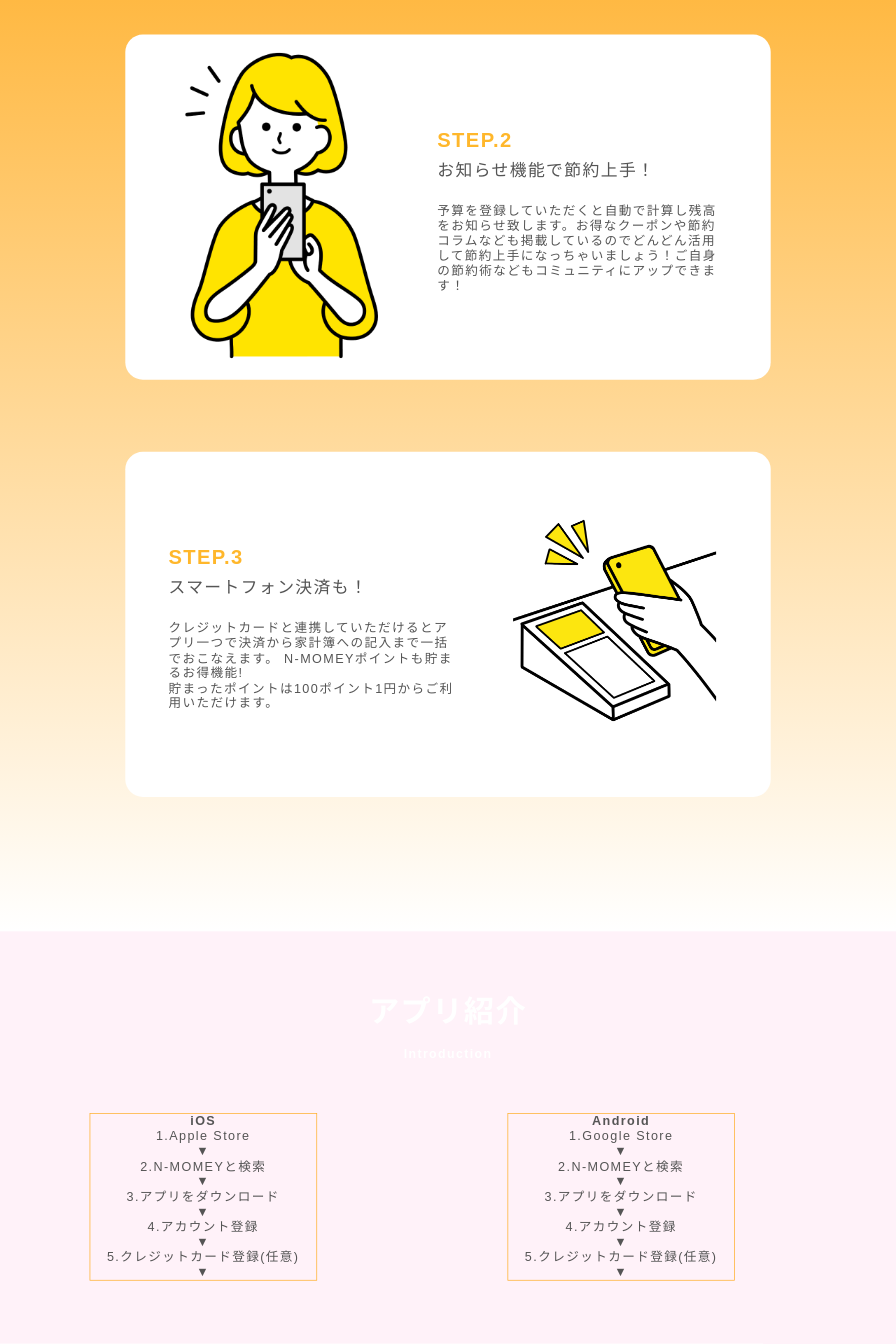
Repository: nozomi-23/lp2_test
Page: index.html
An editor plug-in stored every save of this project. The page is shown before and after a run of saves, followed by the edit.
The browser window is 1280 px wide. The pictures show the part of the page from y = 1848 to 3768 px (the page is 3768 px tall), at 70% of full size.
Some web fonts or font styles are not loaded; a fallback is used.

Above is the page before, as saved 2022-06-18 15:28:00.

### index.html
<!DOCTYPE html>
<html lang="ja">
<head>
  <meta charset="UTF-8">
  <title>家計簿アプリ「N-MONEY」</title>
  <meta name="description" content="「人生をコードと共に」というビジョンを達成するべく、皆さんのプログラミング学習をサポートします。">
  <meta name="keywords" content="家計簿,アプリ,おすすめ">
  <meta name="viewport" content="width=device-width, initial-scale=1.0">
  <meta property="og:title" content="家計簿アプリ「N-MONEY」">
  <meta property="og:type" content="article">
  <meta property="og:url" content="https://withcode-plus.tech">
  <meta property="og:image" content="img/logo.png">
  <meta property="og:description" content="カンタン家計簿アプリ 「N-MONEY」でお得に楽に家計管理。">
  <meta property="og:site_name" content="家計簿アプリ">
  <link rel="icon" href="favicon.ico">
  <link rel="apple-touch-icon" sizes="180x180" href="img/logo.png">
  <link rel="preconnect" href="https://fonts.googleapis.com">
  <link rel="preconnect" href="https://fonts.gstatic.com" crossorigin>
  <link
    href="https://fonts.googleapis.com/css2?family=M+PLUS+1p:wght@400;500;700&family=Noto+Sans+JP:wght@400;500&display=swap"
    rel="stylesheet">
  <link rel="stylesheet" type="text/css" href="css/reset.css">
  <link rel="stylesheet" type="text/css" href="css/common.css">
</head>
<body>
  <!-- ========== header -->
  <header>
    <div class="header_inner">
      <h1 class="header_logo">
        <a href="#"><img src="img/logo.png" alt="ロゴ画像"></a>
      </h1>
      <nav class="header_nav">
        <ul class="header_list">
          <li class="header_item">
            <a href="#introduction">アプリ紹介</a>
          </li>
          <li class="header_item">
            <a href="#how">ご利用方法</a>
          </li>
          <li class="header_item">
            <a href="#fqa">よくある質問</a>
          </li>
          <li class="header_item">
            <a href="#news">お知らせ</a>
          </li>
          <li class="header_item heder_btn">
            <a href="#contact">お問い合わせ</a>
          </li>
        </ul>
      </nav>
      <div class="drawer"></div>
    </div>
  </header>
  <!-- ========== top -->
  <section class="top_section">
    <div class="inner">
      <div class="top_wrapper">
        <div class="top_left">
          <h2 class="title">
            <p>〜 簡単家計簿アプリ 〜</p><br>
            <span>N-MONEY Mobile</span>
          </h2>
          <div class="download">
            <div class="download_apple">
              <a href="https://www.apple.com/jp/app-store/">
                <img src="img/apple.png" alt="Apple Store">
              </a>
            </div>
            <div class="download_google">
              <a href="https://play.google.com/store/apps?hl=ja&gl=US">
                <img src="img/google.png" alt="Google Store">
              </a>
            </div>
          </div>
        </div>
        <div class="top_right">
          <img src="img/top.png" alt="トップ画像">
        </div>
      </div>
    </div>
  </section>
    <!-- ========== feature -->
    <div class="inner">

      <div class="feature_txt">
        <h3 class="feature_ttl">家でも外でもラクラク管理<br>
        N-MOMEY Mobileとは</h3>
        <p>N-MOMEY
        Mobileとはご自宅でも外出先でも簡単に家計を管理できるサービスです。カテゴリ別の支出、予算管理だけでなくクレジットカードの連結により、レジでのお支払い・支出管理を自動で更新してくれます。予算に対してのお知らせ機能で使いすぎを防ぎます。めんどくさい計算・管理はN-MOMEY
        Mobileにおまかせください!</p>
      </div>

    </div>
<!-- ========== Introduction -->
<section class="intro section" id="introduction">
  <div class="inner">
    <h4 class="common_ttl">アプリ紹介<br><small>Introduction</small></h4>
    <div class="intro_wrapper">
      <div class="intro_wrapper_left">
        <h5 class="intro_txt"><strong>STEP.1</strong><br>
          いつでもどこでもカンタン管理！</h5>
          <p>レシートの管理が大変・・<br>
          いつ支払ったか忘れてしまった・・<br>
          そんなお悩みをすぐに解決します！支払ったらスマホにすぐ記入、カンタンな操作でカテゴリや日付の管理でめんどくさい家計管理のお手伝いをします。</p>
      </div>
      <div class="intro_wrapper_right">
        <img src="img/step1.png" alt="スマートフォンの画像">
      </div>
    </div>
    <div class="intro_wrapper intro_wrapper_revers">
      <div class="intro_wrapper_left ">
        <h5 class="intro_txt"><strong>STEP.2</strong><br>
          お知らせ機能で節約上手！</h5>
        <p>予算を登録していただくと自動で計算し残高をお知らせ致します。お得なクーポンや節約コラムなども掲載しているのでどんどん活用して節約上手になっちゃいましょう！ご自身の節約術などもコミュニティにアップできます！
          </p>
      </div>
      <div class="intro_wrapper_right">
        <img src="img/step2.png" alt="スマートフォンの画像">
      </div>
    </div>
    <div class="intro_wrapper">
      <div class="intro_wrapper_left">
        <h5 class="intro_txt"><strong>STEP.3</strong><br>
          スマートフォン決済も！</h5>
        <p>クレジットカードと連携していただけるとアプリ一つで決済から家計簿への記入まで一括でおこなえます。
        N-MOMEYポイントも貯まるお得機能!<br>
        貯まったポイントは100ポイント1円からご利用いただけます。</p>
      </div>
      <div class="intro_wrapper_right">
        <img src="img/step3.png" alt="スマートフォンの画像">
      </div>
    </div>
  </div>
</section>
<!-- ========== how -->
<section class="how section" id="how">
  <div class="inner">
    <h4 class="common_ttl">アプリ紹介<br><small>Introduction</small></h4>
    <div class="how_wrapper">
      <div class="how_wrapper_item">
        <h5>iOS</h5>
        <ul>
          <li>1.Apple Store</li>
          <p>▼</p>
          <li>2.N-MOMEYと検索</li>
          <p>▼</p>
          <li>3.アプリをダウンロード</li>
          <p>▼</p>
          <li>4.アカウント登録</li>
          <p>▼</p>
          <li>5.クレジットカード登録(任意)</li>
          <p>▼</p>
        </ul>
      </div>
      <div class="how_wrapper_item">
        <h5>Android</h5>
        <ul>
          <li>1.Google Store</li>
          <p>▼</p>
          <li>2.N-MOMEYと検索</li>
          <p>▼</p>
          <li>3.アプリをダウンロード</li>
          <p>▼</p>
          <li>4.アカウント登録</li>
          <p>▼</p>
          <li>5.クレジットカード登録(任意)</li>
          <p>▼</p>
        </ul>
      </div>
    </div>
  </div>
</section>
</body>
</html>

### css/reset.css
@charset "UTF-8";

html,
body,
div,
span,
object,
iframe,
h1,
h2,
h3,
h4,
h5,
h6,
p,
blockquote,
pre,
abbr,
address,
cite,
code,
del,
dfn,
em,
img,
ins,
kbd,
q,
samp,
small,
strong,
sub,
sup,
var,
b,
i,
dl,
dt,
dd,
ol,
ul,
li,
fieldset,
form,
label,
legend,
table,
caption,
tbody,
tfoot,
thead,
tr,
th,
td,
article,
aside,
canvas,
details,
figcaption,
figure,
footer,
header,
hgroup,
menu,
nav,
section,
summary,
time,
mark,
audio,
video {
  margin: 0;
  padding: 0;
  border: 0;
  outline: 0;
  font-size: 100%;
  vertical-align: baseline;
  background: transparent;
}

body {
  line-height: 1;
}

article,
aside,
details,
figcaption,
figure,
footer,
header,
hgroup,
menu,
nav,
section {
  display: block;
}

nav ul {
  list-style: none;
}

blockquote,
q {
  quotes: none;
}

blockquote:before,
blockquote:after,
q:before,
q:after {
  content: '';
  content: none;
}

a {
  margin: 0;
  padding: 0;
  font-size: 100%;
  vertical-align: baseline;
  background: transparent;
}

/* change colours to suit your needs */
ins {
  background-color: #ff9;
  color: #000;
  text-decoration: none;
}

/* change colours to suit your needs */
mark {
  background-color: #ff9;
  color: #000;
  font-style: italic;
  font-weight: bold;
}

del {
  text-decoration: line-through;
}

abbr[title],
dfn[title] {
  border-bottom: 1px dotted;
  cursor: help;
}

table {
  border-collapse: collapse;
  border-spacing: 0;
}

/* change border colour to suit your needs */
hr {
  display: block;
  height: 1px;
  border: 0;
  border-top: 1px solid #cccccc;
  margin: 1em 0;
  padding: 0;
}

input,
select {
  vertical-align: middle;
}

### css/common.css
@charset "UTF-8";

body {
  font-size: 18px;
  line-height: 1.2;
  letter-spacing: 2px;
  word-break: break-all;
  color: #555;
  font-family: 'M PLUS 1p', sans-serif ,
  'Noto Sans JP', sans-serif;
}
li {
  list-style: none;
}
a {
  text-decoration: none;
  color: #333;
}
/* ===================
共通レイアウト
======================*/
.section {
  padding: 7% 0;
  position: relative;
  background-color: rgba(255, 105, 180, 0.085);
}
.inner {
  width: 80%;
  margin: 0 auto;
  /* background-color: rgb(221, 240, 240); */
}
/* ===================
共通パーツ
======================*/
.common_ttl {
  text-align: center;
  color: #5A5757;
  font-size: 2.7rem;
  margin-bottom: 6.5%;
}
.common_ttl small {
  font-size: 1.1rem;
}

/* ===================
header
======================*/
.header_inner {
  width: 90%;
  height: 15vh;
  margin: 0 auto;
  display: flex;
  justify-content: space-between;
  align-items: center;
}
.header_logo {
  position: fixed;
  top: 1rem;
  z-index: 3;
}
.header_logo img {
  width: 100%;
  height: 100%;
}
.header_nav {
  margin-left: auto;
}
.header_list {
  display: flex;
  justify-content: flex-end;
  align-items: center;
}
.header_list li {
  margin-left: 1.8rem;
}
.header_list li a:hover {
  opacity: 0.5;
}
.heder_btn a{
  background: #FFB72B;
  color: #fff;
  line-height: 3;
  border-radius: 15px;
  display: inline-block;
  padding: 0 1.8rem;
}
/* ===================
top
======================*/
.top_wrapper {
  margin-top: 10%;
  height: auto;
  display: flex;
  justify-content: space-evenly;
  align-items: center;
}
.top_left {
  text-align: center;
  width: 50%;
  height: auto;
}
.title p{
  font-size: 1.7rem;
  font-weight: 400;
  margin-bottom: 2%;
  color: #333;
}
.title span {
  font-size: 3.5rem;
  color: #FFB72B;
  font-weight: bold;
}
.download {
  display: flex;
  align-items: center;
  justify-content: space-evenly;
  margin-top: 10%;
}
.download_apple {
  width: 35%;
}
.download_apple img {
  width: 100%;
  height: 100%;
}
.download_google {
  width: 35%;
}
.download_google img {
  width: 100%;
  height: 100%;
}
.top_right {
  width: 42%;
  height: auto;
}
.top_right img {
  width: 100%;
  height: 100%;

}
/* ===================
feature
======================*/
.feature_txt {
  width: 90%;
  margin-bottom: 10%;
}
.feature_ttl {
  font-size: 1.9rem;
  color: #FFB72B;
  font-weight: 400;
  margin: 5% 0 2% 0;
  line-height: 1.5;
}
.feature_ttl::after {
  content: "";
  display: inline-block;
  width: 100px;
  height: 2px;
  background: #FFB72B;
  margin-left: 2%;
  vertical-align: middle;
}
.feature_txt p {
  color: #333;
}
/* ===================
Introduction
======================*/
.intro {
  background: linear-gradient(180deg, #FFAD23 27.08%, rgba(255, 173, 35, 0) 100%);
}
.common_ttl:first-child {
  color: #fff;
}
.intro_wrapper {
  width: 90%;
  height: 60vh;
  display: flex;
  align-items: center;
  justify-content: space-evenly;
  background: #fff;
  border-radius: 25px;
  margin: 0 auto;
  padding: 3% 0;
  margin-bottom: 10%;
}
.intro_wrapper_left {
  width: 45%;
  height: auto;
}
.intro_txt {
  font-size: 1.5rem;
  font-weight: 500;
  margin-bottom: 8%;
}
.intro_txt strong {
  font-weight: bold;
  color: #FFB72B;
  font-size: 1.8rem;
  margin-top: 1rem;
  line-height: 2;
}
.intro_wrapper_right {
width: 35%;
height: auto;
text-align: center;
}
.intro_wrapper_right img {
  max-width: 90%;

}
.intro_wrapper_revers {
  display: flex;
  flex-direction: row-reverse;
}
/* ===================
how
======================*/
.how_wrapper {
  width: 90%;
  display: flex;
  justify-content: space-between;
}
.how_wrapper_item {
  width: 35%;
  text-align: center;
  border: 1px solid #FFAD23;
}

After the next 7 saves:
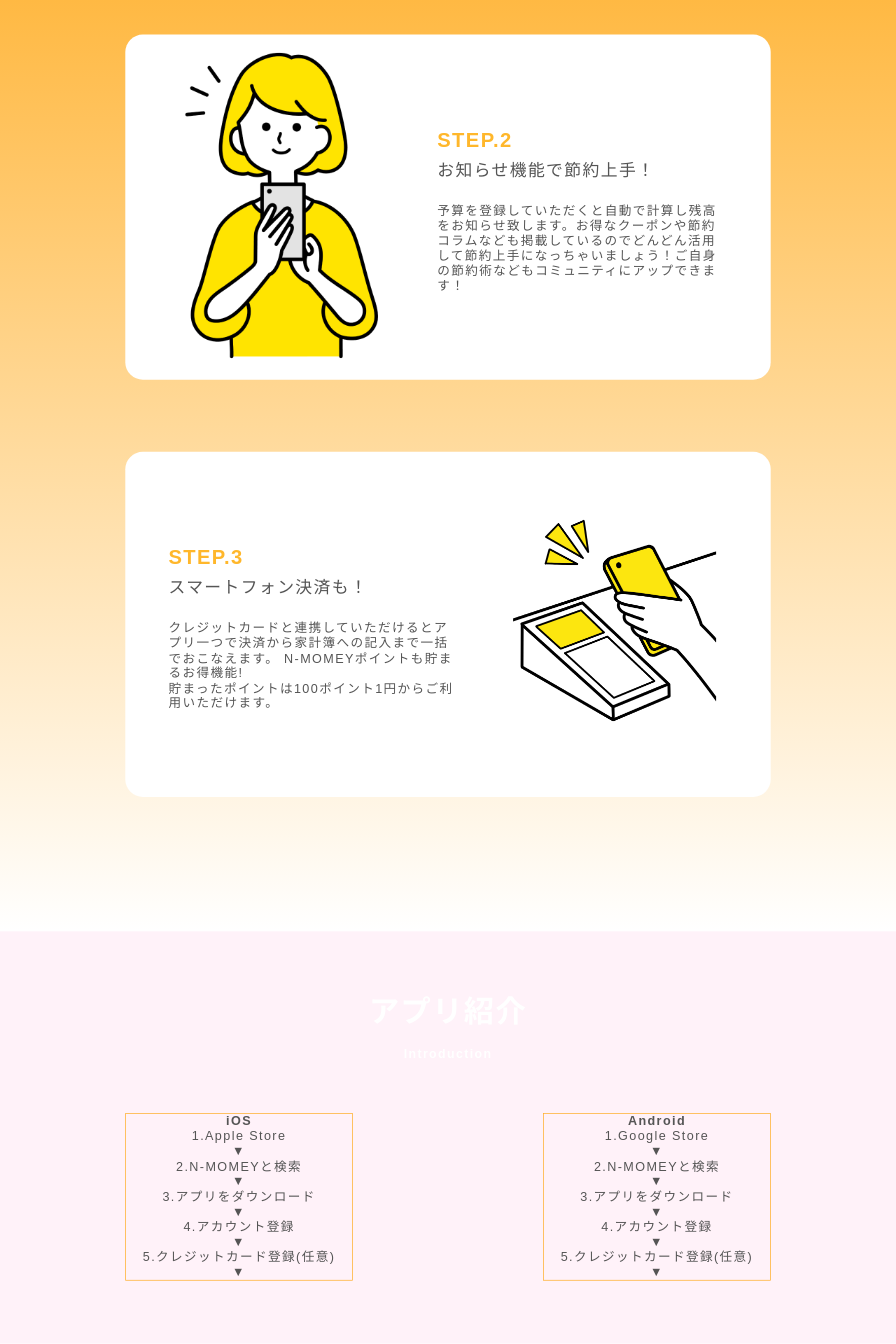
The 7 saves are shown as one change because they came seconds apart.
The last was saved 29 s later.
--- a/css/common.css
+++ b/css/common.css
@@ -220,6 +220,7 @@ how
 ======================*/
 .how_wrapper {
   width: 90%;
+  margin: 0 auto;
   display: flex;
   justify-content: space-between;
 }
@@ -227,4 +228,5 @@ how
   width: 35%;
   text-align: center;
   border: 1px solid #FFAD23;
-}
+  border-radius: ;
+}
